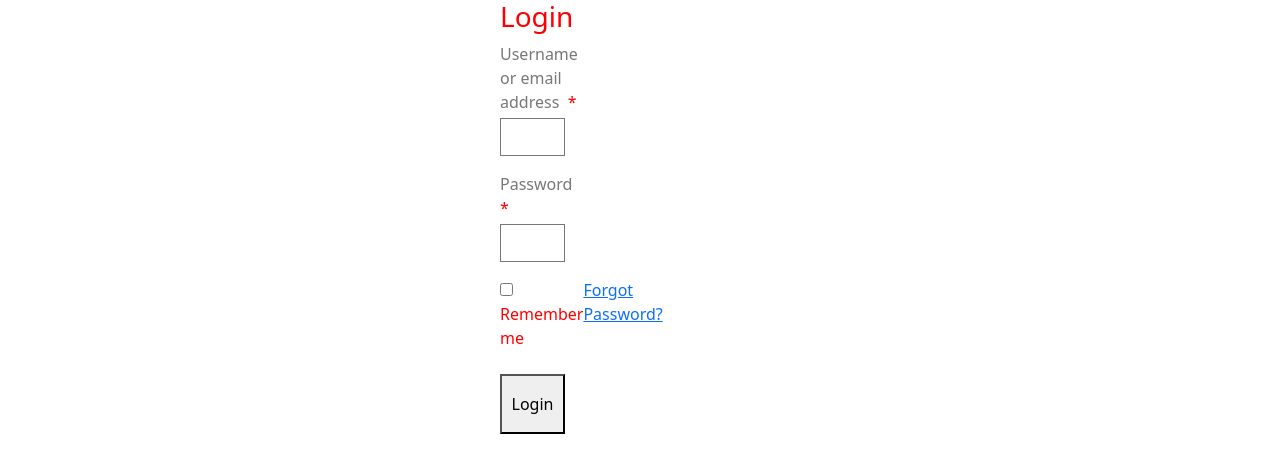
Repository: NguyenDo13/BE2-NhomH
Page: module-20,21/index.html
The author's editor kept a copy of each file at every save. The page is drawn from the files as they stood at one save, then again after the next save.
The browser window is 1280 px wide. The pictures show the whole page.

Above is the page before, as saved 2022-05-21 07:34:44.

### module-20,21/index.html
<!DOCTYPE html>
<html lang="en">


<head>
    <meta charset="UTF-8" />
    <meta http-equiv="X-UA-Compatible" content="IE=edge" />
    <meta name="viewport" content="width=device-width, initial-scale=1.0" />
    <link rel="stylesheet" href="index/public/css/style.css" />
    <link rel="stylesheet" href="index/public/css/bootstrap.min.css" />
    <link rel="stylesheet" href="https://cdnjs.cloudflare.com/ajax/libs/font-awesome/6.0.0/css/all.min.css" />
    <title>Document</title>
</head>

<body>
    <div class="maincontainer">
        <div class="remaincontainer">
            <div class="boxcontent">
                <div class="u-columns col2-set">
                    <div class="u-column1 col-1">
                        <form action="" class="formSignin">
                            <h3 class="title-login"> Login </h3>
                            <p class="titleinput-login">
                                <label class="mb-1 font-weight-medium" for="username">Username or email address&nbsp;
                                    <span class="required">*</span>
                                </label>
                                <input type="text" class="input-login" name="username" id="username">
                            </p>
                            <p class="titleinput-login">
                                <label class="mb-1 font-weight-medium" for="password">Password&nbsp;
                                    <span class="required">*</span>
                                </label>
                                <input type="text" class="input-login" name="password" id="password">
                            </p>
                            <div class="Remember-password d-flex flex-column flex-sm-row justify-content-between mb-4">
                                <div class="checkbox-login my-2 my-sm-0">
                                    <input type="checkbox" name="rememberme" id="rememberme" value="forever" class="control-input">
                                    <label class="label-control no-radius" for="rememberme">Remember me</label>
                                </div>
                                <a href="" class="text-v-dark font-weight-semibold">Forgot Password?</a>
                            </div>
                            <p class="form-row mb-3 mb-lg-0 pb-1 pb-lg-0">
                                <input type="hidden" id="login-btn" name="login-btn" value="ca1cd3182f" /><input type="hidden" name="_wp_http_referer" value="/wordpress/porto/shop1/my-account/" />
                                <button type="submit" class="Login-Button button login-btn btn-v-dark py-3 text-md w-100" name="login" value="Login">
                                    Login</button>
                            </p>
                        </form>
                    </div>
                    <div class="u-column2 col-2"></div>
                </div>
            </div>
        </div>
    </div>
</body>

</html>

### module-20,21/index/public/css/style.css
.titleinput-login {
    color: #777777;
}

.input-login {
    border: 1px solid;
    outline: none;
    box-shadow: none;
    text-align: left;
    font-size: 0.85rem;
    vertical-align: middle;
    height: auto;
    width: 100%;
    background-color: #fff;
    color: #777777;
    padding: 8px 12px;
}

.required {
    color: red;
    cursor: default;
    border: none;
}

.u-columns {
    color: red !important;
    padding-left: 500px;
}

body {}

Loaded but not shown: module-20,21/index/public/css/bootstrap.min.css (library)

After the next save:
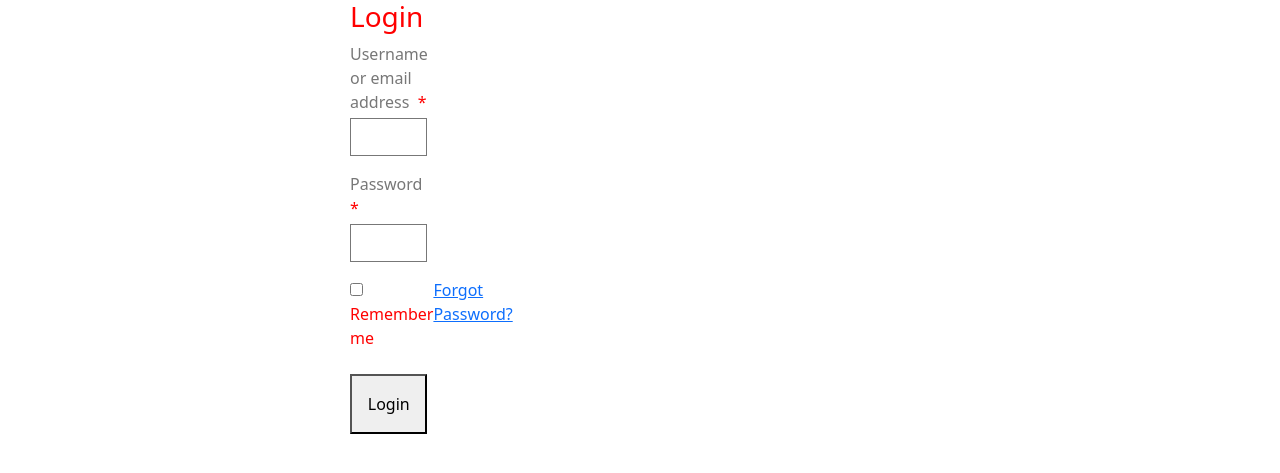
Saved 6 s later.
--- a/module-20,21/index/public/css/style.css
+++ b/module-20,21/index/public/css/style.css
@@ -24,7 +24,7 @@
 
 .u-columns {
     color: red !important;
-    padding-left: 500px;
+    padding-left: 350px;
 }
 
 body {}
